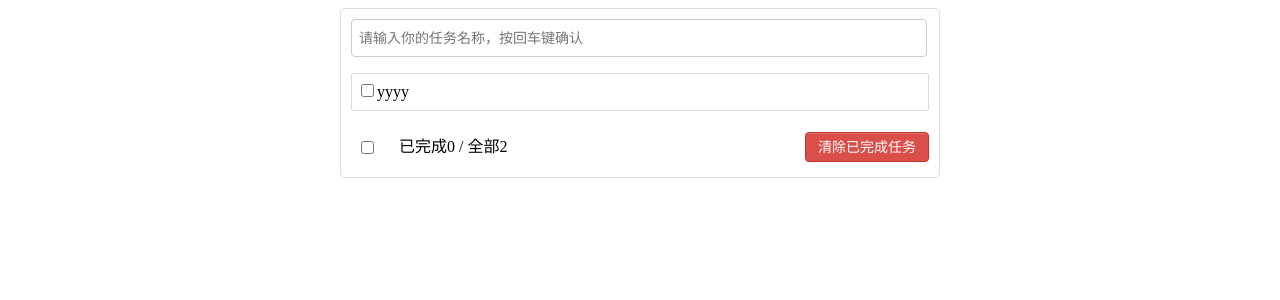
Repository: WAY-C/TodoListAPP
Page: / (app in todo_list/)
An editor plug-in stored every save of this project. The page is shown before and after the next save, followed by the edit.
The browser window is 1280 px wide. The pictures show the whole page.
The project was rebuilt for these pictures with package versions that can differ from the ones it lists, and the page was loaded fresh each time.

Above is the page before, as saved 2021-09-09 17:03:28.

After the next save:
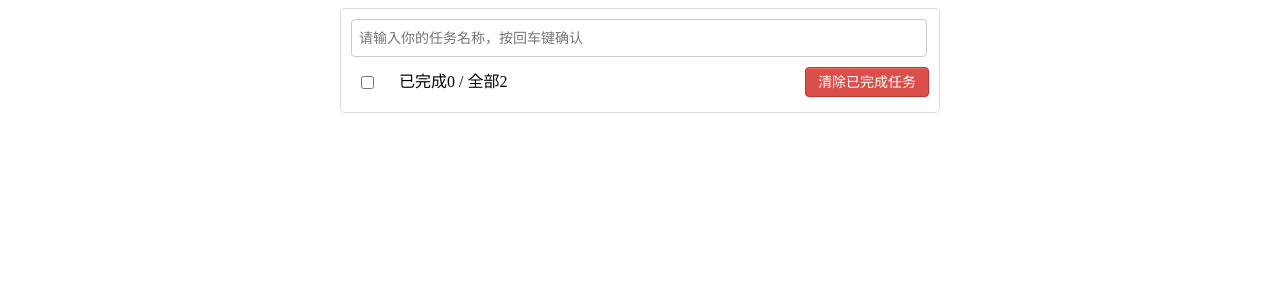
Saved 50 s later.
--- a/todo_list/src/components/TodoList.vue
+++ b/todo_list/src/components/TodoList.vue
@@ -1,6 +1,6 @@
 <template>
   <ul class="todo-main">
-    <TodoItem />
+    <TodoItem v-for="todoObj in todos" :key="todoObj.id" />
   </ul>
 </template>
 
